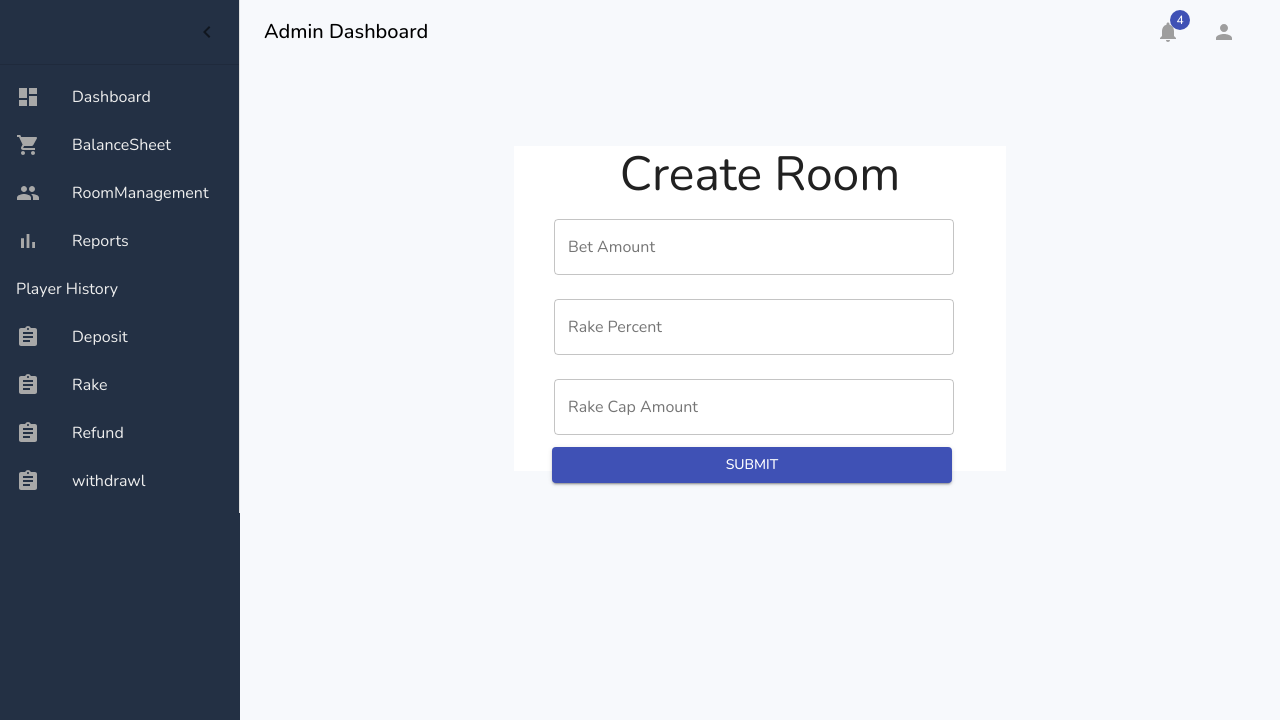
Repository: imayankbisht/ludofrontend
Page: /create
These files come from the project's save history. The page is drawn as it stood at one moment and after the next save; the edit follows.
The browser window is 1280 px wide. The pictures show the whole page.
The project was rebuilt for these pictures with package versions that can differ from the ones it lists, and the page was loaded fresh each time. Also part of the build but not shown: src/Components/Title.js, src/Components/Cards/Deposits.js, src/Components/Cards/Cashout.js, src/Components/Cards/Netbalance.js, src/Components/Cards/Rake.js, src/Components/Cards/Refund.js, src/Components/UserControl.js, src/Components/UserTable.js and 5 more.

Above is the page before, as saved 2021-01-20 13:16:57.

### src/App.js
import React from 'react';
import './App.css';
import {
  BrowserRouter as Router,
  Switch,
  Route,
 Redirect
} from "react-router-dom";
// import SignInOutContainer from './containers';
import Dashboard from './Components/Dashboard';
import Login from './Components/login';
// import RoomManagement from './Container/RoomManagement';
import UserManagement from './Components/UserManagement';
import UserForm from './Components/UserForm';
import EditForm from './Components/EditForm';
import BalanceSheet from './Components/balanceSheet';
import Routes from './routes';
import Main from './Container/Main';
 function App(props) {
  return (
    <div className="App">
  <Router >

   <Main/>
  </Router>


      </div>
  );
}


export default App;

### src/App.css
.App {
  /* text-align: center; */

}

.App-logo {
  height: 40vmin;
  pointer-events: none;
}

@media (prefers-reduced-motion: no-preference) {
  .App-logo {
    animation: App-logo-spin infinite 20s linear;
  }
}

.App-header {
  background-color: #282c34;
  min-height: 100vh;
  display: flex;
  flex-direction: column;
  align-items: center;
  justify-content: center;
  font-size: calc(10px + 2vmin);
  color: white;
}

.App-link {
  color: #61dafb;
}

@keyframes App-logo-spin {
  from {
    transform: rotate(0deg);
  }
  to {
    transform: rotate(360deg);
  }
}

### src/Components/Dashboard.js
import React from 'react';
import clsx from 'clsx';
import { makeStyles } from '@material-ui/core/styles';
import CssBaseline from '@material-ui/core/CssBaseline';
import Drawer from '@material-ui/core/Drawer';
import Box from '@material-ui/core/Box';
import AppBar from '@material-ui/core/AppBar';
import Toolbar from '@material-ui/core/Toolbar';
import List from '@material-ui/core/List';
import Typography from '@material-ui/core/Typography';
import Divider from '@material-ui/core/Divider';
import IconButton from '@material-ui/core/IconButton';
import Badge from '@material-ui/core/Badge';
import Container from '@material-ui/core/Container';
import Grid from '@material-ui/core/Grid';
import Paper from '@material-ui/core/Paper';
// import Link from '@material-ui/core/Link';
import MenuIcon from '@material-ui/icons/Menu';
import ChevronLeftIcon from '@material-ui/icons/ChevronLeft';
import NotificationsIcon from '@material-ui/icons/Notifications';
import Deposits from './Cards/Deposits';
import MenuItem from "@material-ui/core/MenuItem";
import MenuList from "@material-ui/core/MenuList";
import Hidden from "@material-ui/core/Hidden";
import Grow from "@material-ui/core/Grow";
import Poppers from "@material-ui/core/Popper";
import ClickAwayListener from "@material-ui/core/ClickAwayListener";
import Person from "@material-ui/icons/Person";
import classNames from "classnames";
import Button from "@material-ui/core/Button";
import {Link, Redirect} from 'react-router-dom';
import "typeface-nunito";
import  Cashout from './Cards/Cashout';
import Netbalance from './Cards/Netbalance';
import Rake from './Cards/Rake';
import Refund from './Cards/Refund';
import UserManagement from './UserManagement';
import routes from '../routes'
import { Switch, Route} from "react-router-dom";
import ListItem from '@material-ui/core/ListItem';
import ListItemIcon from '@material-ui/core/ListItemIcon';
import BalanceSheet from './balanceSheet';
import Sidebar from './Sidebar';
import Routes from '../routes';
import { ThemeProvider, createMuiTheme } from '@material-ui/core/styles';
const theme = createMuiTheme({

  typography: {
      fontFamily: [
        'Nunito',
        'serif',
      ].join(','),
  },
});

const drawerWidth = 240;

const useStyles = makeStyles((theme) => ({
  root: {
    display: 'flex',
  },
  toolbar: {
    paddingRight: 24, // keep right padding when drawer closed
  },
  toolbarIcon: {
    display: 'flex',
    alignItems: 'center',
    justifyContent: 'flex-end',
    padding: '0 8px',
    ...theme.mixins.toolbar,
  },
  appBar: {
    zIndex: theme.zIndex.drawer + 1,
    transition: theme.transitions.create(['width', 'margin'], {
      easing: theme.transitions.easing.sharp,
      duration: theme.transitions.duration.leavingScreen,
    }),
  },
  appBarShift: {
    marginLeft: drawerWidth,
    width: `calc(100% - ${drawerWidth}px)`,
    transition: theme.transitions.create(['width', 'margin'], {
      easing: theme.transitions.easing.sharp,
      duration: theme.transitions.duration.enteringScreen,
    }),
  },
  menuButton: {
    marginRight: 36,
  },
  menuButtonHidden: {
    display: 'none',
  },
  title: {
    flexGrow: 1,
  },
  drawerPaper: {
    position: 'relative',
    whiteSpace: 'nowrap',
    width: drawerWidth,
    transition: theme.transitions.create('width', {
      easing: theme.transitions.easing.sharp,
      duration: theme.transitions.duration.enteringScreen,
    }),
  },
  drawerPaperClose: {
    overflowX: 'hidden',
    transition: theme.transitions.create('width', {
      easing: theme.transitions.easing.sharp,
      duration: theme.transitions.duration.leavingScreen,
    }),
    width: theme.spacing(7),
    [theme.breakpoints.up('sm')]: {
      width: theme.spacing(9),
    },
  },
  appBarSpacer: theme.mixins.toolbar,
  content: {
    flexGrow: 1,
    height: '100vh',
    overflow: 'auto',
  },
  container: {
    paddingTop: theme.spacing(4),
    paddingBottom: theme.spacing(4),
  },
  paper: {
    padding: theme.spacing(2),
    display: 'flex',
    overflow: 'auto',
    flexDirection: 'column',
  },
  fixedHeight: {
    height: 240,
  },
}));

 function Dashboard(props) {
  const classes = useStyles();
  const [open, setOpen] = React.useState(true);
  const [openProfile, setOpenProfile] = React.useState(null);
  const handleClickProfile = event => {
    if (openProfile && openProfile.contains(event.target)) {
      setOpenProfile(null);
    } else {
      setOpenProfile(event.currentTarget);
    }
  };
  const handleCloseProfile = () => {
    setOpenProfile(null);
  };
  const handleDrawerOpen = () => {
    setOpen(true);
  };
  const handleDrawerClose = () => {
    setOpen(false);
  };
  const fixedHeightPaper = clsx(classes.paper, classes.fixedHeight);

  return (
    <ThemeProvider theme={theme}>
    <div className={classes.root}>
      <CssBaseline />
      <AppBar position="absolute" style={{ background: '#f7f9fc',color:'black',boxShadow: "none" }} className={clsx(classes.appBar, open && classes.appBarShift)}>
        <Toolbar className={classes.toolbar}>
          <IconButton
            edge="start"
            color="inherit"
            aria-label="open drawer"
            onClick={handleDrawerOpen}
            className={clsx(classes.menuButton, open && classes.menuButtonHidden)}
          >
            <MenuIcon />
          </IconButton>

          <Typography component="h1" variant="h6"  color="inherit" noWrap className={classes.title}>
          Admin Dashboard
          </Typography>

          <IconButton style={{ color: '#9e9e9e'}} color="inherit">
            <Badge badgeContent={4}  color="primary">
              <NotificationsIcon  />
            </Badge>
          </IconButton>
          <Button
          color={window.innerWidth > 959 ? "transparent" : "white"}
          justIcon={window.innerWidth > 959}
          simple={!(window.innerWidth > 959)}
          aria-owns={openProfile ? "profile-menu-list-grow" : null}
          aria-haspopup="true"
          onClick={handleClickProfile}
          className={classes.buttonLink}
        >
          <Person style={{ color: '#9e9e9e'}} className={classes.icons} />
          <Hidden mdUp implementation="css">
            <p className={classes.linkText}>Profile</p>
          </Hidden>
        </Button>
        <Poppers
          open={Boolean(openProfile)}
          anchorEl={openProfile}
          transition
          disablePortal
          className={
            classNames({ [classes.popperClose]: !openProfile }) +
            " " +
            classes.popperNav
          }
        >
          {({ TransitionProps, placement }) => (
            <Grow
              {...TransitionProps}
              id="profile-menu-list-grow"
              style={{
                transformOrigin:
                  placement === "bottom" ? "center top" : "center bottom"
              }}
            >
              <Paper>
                <ClickAwayListener onClickAway={handleCloseProfile}>
                  <MenuList role="menu">
                    <MenuItem
                      onClick={handleCloseProfile}
                      className={classes.dropdownItem}
                    >
                      Profile
                    </MenuItem>
                    <MenuItem
                      onClick={handleCloseProfile}
                      className={classes.dropdownItem}
                    >
                      Settings
                    </MenuItem>
                    <Divider light />
                    <Link style={{color:'black', textDecoration:'none'}} to="login">
                    <MenuItem
                      onClick={handleCloseProfile}
                      className={classes.dropdownItem}
                    >
                      Logout
                    </MenuItem>
                    </Link>
                  </MenuList>
                </ClickAwayListener>
              </Paper>
            </Grow>
          )}
        </Poppers>
        </Toolbar>
      </AppBar>
     <Box bgcolor="#233044">
     <Drawer
        variant="permanent"
        classes={{
          paper: clsx(classes.drawerPaper, !open && classes.drawerPaperClose),
        }}
        open={open}
      >
        <Box bgcolor="#233044">
        <div className={classes.toolbarIcon}>
          <IconButton onClick={handleDrawerClose}>
            <ChevronLeftIcon />
          </IconButton>
        </div>
        <Divider />
        <List><Sidebar /></List>
        </Box>
      </Drawer>
     </Box>
      <main style={{ background: '#f7f9fc'}} className={classes.content}>
        <div className={classes.appBarSpacer} />
        <Container maxWidth="lg" className={classes.container}>
          <Grid container spacing={3}>


              <Routes/>

          </Grid>


        </Container>
      </main>
    </div>
    </ThemeProvider>
  );
}
export default Dashboard;

### src/Components/UserForm.js
import React ,{useState , useEffect} from 'react';
import {apiCall} from '../services/apiCall';
import {Container, Typography ,Grid ,TextField , makeStyles ,Button} from '@material-ui/core';
import "typeface-nunito";
import { ThemeProvider, createMuiTheme } from '@material-ui/core/styles';
const theme = createMuiTheme({

  typography: {
      fontFamily: [
        'Nunito',
        'serif',
      ].join(','),
  },

});

const useStyles = makeStyles((theme)=>({
  paper: {
    marginTop: theme.spacing(4),
    display: 'flex',
    flexDirection: 'column',
    alignItems: 'center',
    height:'100px'
  },

  form: {
    width: '100%', // Fix IE 11 issue.
    marginTop: theme.spacing(1),
  },
  submit: {
    margin: theme.spacing(3, 0, 2),
  },
  body: {
    backgroundColor: "#F7F9FC"
  },


}))


export default function UserForm(props){
    const {heading} = props;
    const [betAmount , setBetamount]=useState("");
    const [rakePercent , setRakepercent]=useState("");
    const [rakeCapAmount , setRakeCapAmount]=useState("");
    const classes = useStyles();

    const handleSubmit = (e) =>{
       e.preventDefault();
       const data ={
         bet:betAmount,
         rakePercent:rakePercent,
         rakeCap:rakeCapAmount
       }
       apiCall('post','https://ylrwt.sse.codesandbox.io/room/createroom',data);
       setRakeCapAmount("");
       setBetamount("");
       setRakepercent("");
    }
    return(
      <ThemeProvider theme={theme}>
            <Container  maxWidth="sm" className={classes.paper}>
            <Typography component="div" style={{ backgroundColor: '#FFFFFF', height: '80vh' ,margin:'30px' }}>
            <Typography align="center" variant="h3" component="h2" gutterBottom>
                {heading}
            </Typography>
            <form onSubmit={handleSubmit} className={classes.form} >
                <Grid container spacing={3}>
                   <Grid item sm={4} md={12}>
                     <TextField

                        label="Bet Amount"
                        name="betAmount"
                        variant="outlined"
                        style={{width:'400px',marginLeft:'40px'}}
                        value={betAmount}
                        onChange={(e)=>{setBetamount(e.target.value)}}
                      />
                        </Grid>
                        <Grid item sm={4} md={12}>
                      <TextField
                        label="Rake Percent"
                        name="rakePercent"
                        variant="outlined"
                        style={{width:'400px',marginLeft:'40px'}}

                        value={rakePercent}
                        onChange={(e)=>{setRakepercent(e.target.value)}}
                      />
                        </Grid>
                        <Grid item sm={4} md={12}>
                      <TextField
                        label="Rake Cap Amount"
                        name="rakeCapAmount"
                        variant="outlined"
                        style={{width:'400px',marginLeft:'40px'}}

                        value={rakeCapAmount}
                        onChange={(e)=>{setRakeCapAmount(e.target.value)}}
                      />
                   </Grid>
                   <Button type="submit" variant="contained"  color="primary"
                   style={{width:'400px',marginLeft:'50px'}}>
                   Submit
                </Button>
                </Grid>

            </form>
            </Typography>
            </Container>
            </ThemeProvider>
    )
}

### src/routes.js
import React from 'react';
import {
  BrowserRouter as Router,
  Switch,
  Route,
  Redirect
} from "react-router-dom";
// import SignInOutContainer from './containers';
import Dashboard from './Components/Dashboard';
import Login from './Components/login';
// import RoomManagement from './Container/RoomManagement';
import UserManagement from './Components/UserManagement';
import UserForm from './Components/UserForm';
import EditForm from './Components/EditForm';
import BalanceSheet from './Components/balanceSheet';
import Main from './Container/Main';
function Routes() {
  return (

    <Router >


      <Route>
      {/* <Route path="/login" render={props => <Login {...props} />} /> */}

        <Route path="/BalanceSheet" render={props => <BalanceSheet {...props} />} />

        <Route path="/roomManagement" render={props => <UserManagement {...props} />} />
        <Route path="/create" render={props => (
          <UserForm heading="Create Room" {...props} />
        )} />
        <Route exact path="/api/edit/:id" render={props => {
          return (
            <EditForm {...props} />
          )
        }} />


      </Route>


    </Router>

  );
}


export default Routes;

### src/Container/Main.js
import UserManagement from '../Components/UserManagement';
import {Switch ,Route,Redirect} from 'react-router-dom';
import UserForm from '../Components/UserForm';
import EditForm from '../Components/EditForm';
import React from 'react';
import Dashboard from '../Components/Dashboard';
import Sidebar from '../Components/Sidebar';
import Login from '../Components/login';
import Routes from '../routes';
export default function Main(props){
    return(
        <div>
            {/* <Switch>
                <Route exact path="/userman" render={props =><UserManagement {...props} />} />
                <Route exact path="/create" render={props =>(
                    <UserForm heading="Create Room" />
                )}/>
                <Route exact path="/api/edit/:id" render={props =>{
                    return(
                        <EditForm {...props}/>
                    )
                }}/>
            </Switch> */}
           {/* <Switch>

            <Route path="/login" component={Login} />
         <Route path="/Dashboard" component={Dashboard} />

            <Redirect from="/" to="/login" />
           </Switch> */}

          <Dashboard/>

        </div>
    )
}

### src/Components/Sidebar.js
import React,{useState} from 'react';
import ListItem from '@material-ui/core/ListItem';
import {SidebarItems} from './SidebarItems';
import {Link} from 'react-router-dom';
import { ListItemText } from '@material-ui/core';
import ListItemIcon from '@material-ui/core/ListItemIcon';

export default function Sidebar(defaultActive) {
    const [activeIndex, setActiveIndex] = useState(defaultActive || 1);
    return (
        <>

                {

                    SidebarItems.map((item,index)=> {
                        const {name,icon,route}=item;

                        return (
                            <Link style={{ textDecoration: 'none'}} to={route}>
                            <ListItem style={{ color: '#eeeeee'}} key={name} active={index === activeIndex} >
                                {icon && <ListItemIcon style={{ color: '#a8a8a8'}}>{icon}</ListItemIcon>}
                               <ListItemText primary={name} />
                            </ListItem>
                            </Link>
                        );
                    })
                }

        </>
    );
}

### src/services/apiCall.js
import axios from 'axios';

export function apiCall(method ,path , data){
    return new Promise((resolve ,reject)=>{
        return axios[method](path , data)
        .then(res => {
            return resolve(res.data);
        })
        .catch(err =>{
            return reject(err.response.data.error);
        });
    });
}

### src/Components/SidebarItems.js
import React from 'react';
import ListItem from '@material-ui/core/ListItem';
import ListItemIcon from '@material-ui/core/ListItemIcon';
import ListItemText from '@material-ui/core/ListItemText';
import ListSubheader from '@material-ui/core/ListSubheader';
import DashboardIcon from '@material-ui/icons/Dashboard';
import ShoppingCartIcon from '@material-ui/icons/ShoppingCart';
import PeopleIcon from '@material-ui/icons/People';
import BarChartIcon from '@material-ui/icons/BarChart';
import LayersIcon from '@material-ui/icons/Layers';
import AssignmentIcon from '@material-ui/icons/Assignment';
import Box from '@material-ui/core/Box';
import Divider from '@material-ui/core/Divider';
import "typeface-nunito";
import { ThemeProvider, createMuiTheme } from '@material-ui/core/styles';
import { Button } from '@material-ui/core';
import { Link } from 'react-router-dom';
const theme = createMuiTheme({

  typography: {
    fontFamily: [
      'Nunito',
      'serif',
    ].join(','),
  },
});
export const SidebarItems = [

  // <ThemeProvider theme={theme}>
  // <div>

  //  <ListItem button>
  //     <ListItemIcon>
  //       <DashboardIcon  style={{ color: '#a8a8a8'}}/>
  //     </ListItemIcon>
  //     <ListItemText style={{ color: '#eeeeee'}}  primary="Dashboard" />
  //   </ListItem>
  //   <ListItem button>
  //     <ListItemIcon>
  //       <ShoppingCartIcon style={{ color: '#a8a8a8'}}/>
  //     </ListItemIcon>
  //     <ListItemText style={{ color: '#eeeeee'}} primary="BalanceSheet" />
  //   </ListItem>
  //   <ListItem button>
  //     <ListItemIcon>
  //       <PeopleIcon style={{ color: '#a8a8a8'}} />
  //     </ListItemIcon>
  //     <Link style={{ textDecoration:'none'}}to="/UserManagement">

  //     <ListItemText style={{ color: '#eeeeee'}} primary="RoomManagement" />
  //     </Link>
  //   </ListItem>
  //   <ListItem button>
  //     <ListItemIcon>
  //       <BarChartIcon style={{ color: '#a8a8a8'}} />
  //     </ListItemIcon>
  //     <ListItemText style={{ color: '#eeeeee'}} primary="Reports" />
  //   </ListItem>
  //   <Divider />
  //   <ListSubheader style={{ color: '#eeeeee'}} inset>Player history</ListSubheader>
  //   <ListItem button>
  //     <ListItemIcon>
  //       <AssignmentIcon style={{ color: '#a8a8a8'}} />
  //     </ListItemIcon>
  //     <ListItemText style={{ color: '#eeeeee'}} primary="Deposit" />
  //   </ListItem>
  //   <ListItem button>
  //     <ListItemIcon>
  //       <AssignmentIcon style={{ color: '#a8a8a8'}} />
  //     </ListItemIcon>
  //     <ListItemText style={{ color: '#eeeeee'}} primary="Rake" />
  //   </ListItem>
  //   <ListItem button>
  //     <ListItemIcon>
  //       <AssignmentIcon style={{ color: '#a8a8a8'}} />
  //     </ListItemIcon>
  //     <ListItemText style={{ color: '#eeeeee'}} primary="Refund" />
  //   </ListItem>
  //   <ListItem button>
  //     <ListItemIcon>
  //       <AssignmentIcon style={{ color: '#a8a8a8'}} />
  //     </ListItemIcon>
  //     <ListItemText style={{ color: '#eeeeee'}} primary="Withdrawl" />
  //   </ListItem>


  // </div>
  // </ThemeProvider>
  {
    route:'/Dashboard',
    name: "Dashboard",
    icon:<DashboardIcon/>
  },
  {
    route:'/BalanceSheet',
    name: "BalanceSheet",
    icon:<ShoppingCartIcon/>
  },
  {
    route:'/roomManagement',
    name: "RoomManagement",
    icon:<PeopleIcon/>
  },
  {

    name: "Reports",
    icon:<BarChartIcon/>
  },
  {
    name: "Player History"
  },
  {
    name: "Deposit",
    icon:<AssignmentIcon/>
  },
  {
    name: "Rake",
    icon:<AssignmentIcon/>
  },
  {
    name: "Refund",
    icon:<AssignmentIcon/>
  },
  {
    name: "withdrawl",
    icon:<AssignmentIcon/>
  },

];

Loaded but not shown: public/index.html (common file); src/index.js (common file); src/index.css (common file); src/serviceWorker.js (common file)

After the next save:
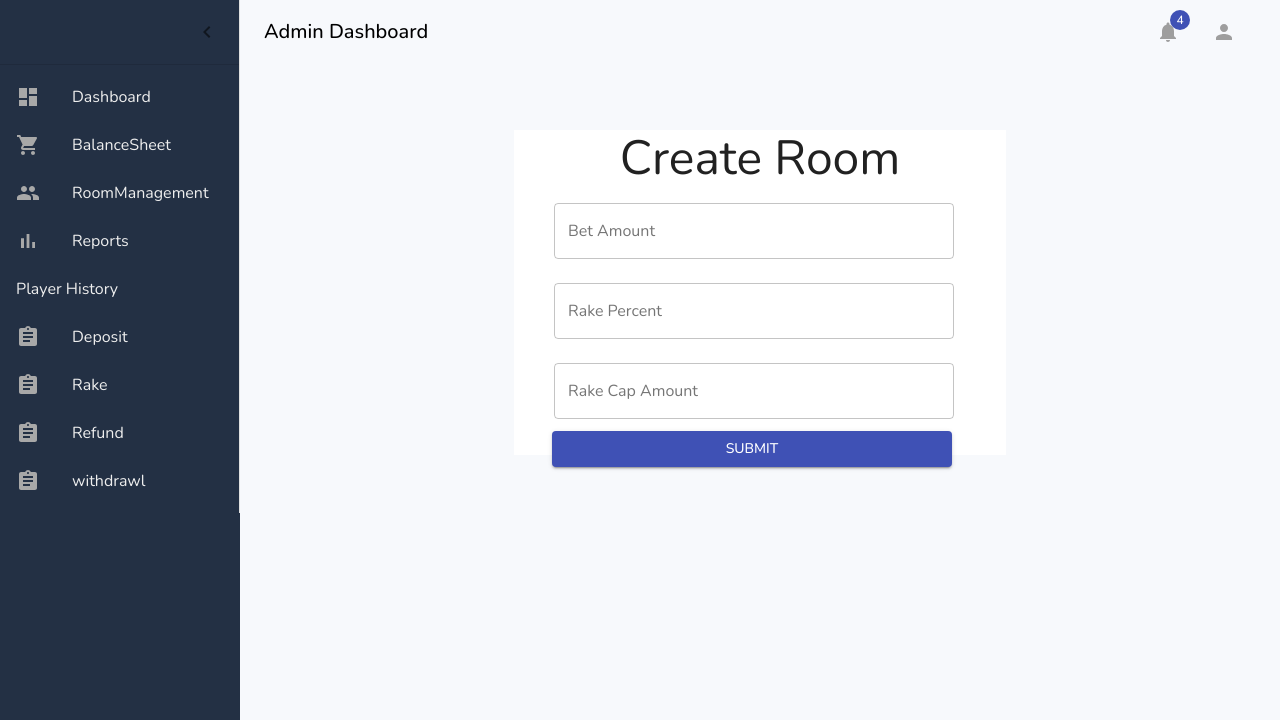
Saved 7 s later.
--- a/src/Components/UserForm.js
+++ b/src/Components/UserForm.js
@@ -16,7 +16,7 @@ const theme = createMuiTheme({
 
 const useStyles = makeStyles((theme)=>({
   paper: {
-    marginTop: theme.spacing(4),
+    marginTop: theme.spacing(2),
     display: 'flex',
     flexDirection: 'column',
     alignItems: 'center',
